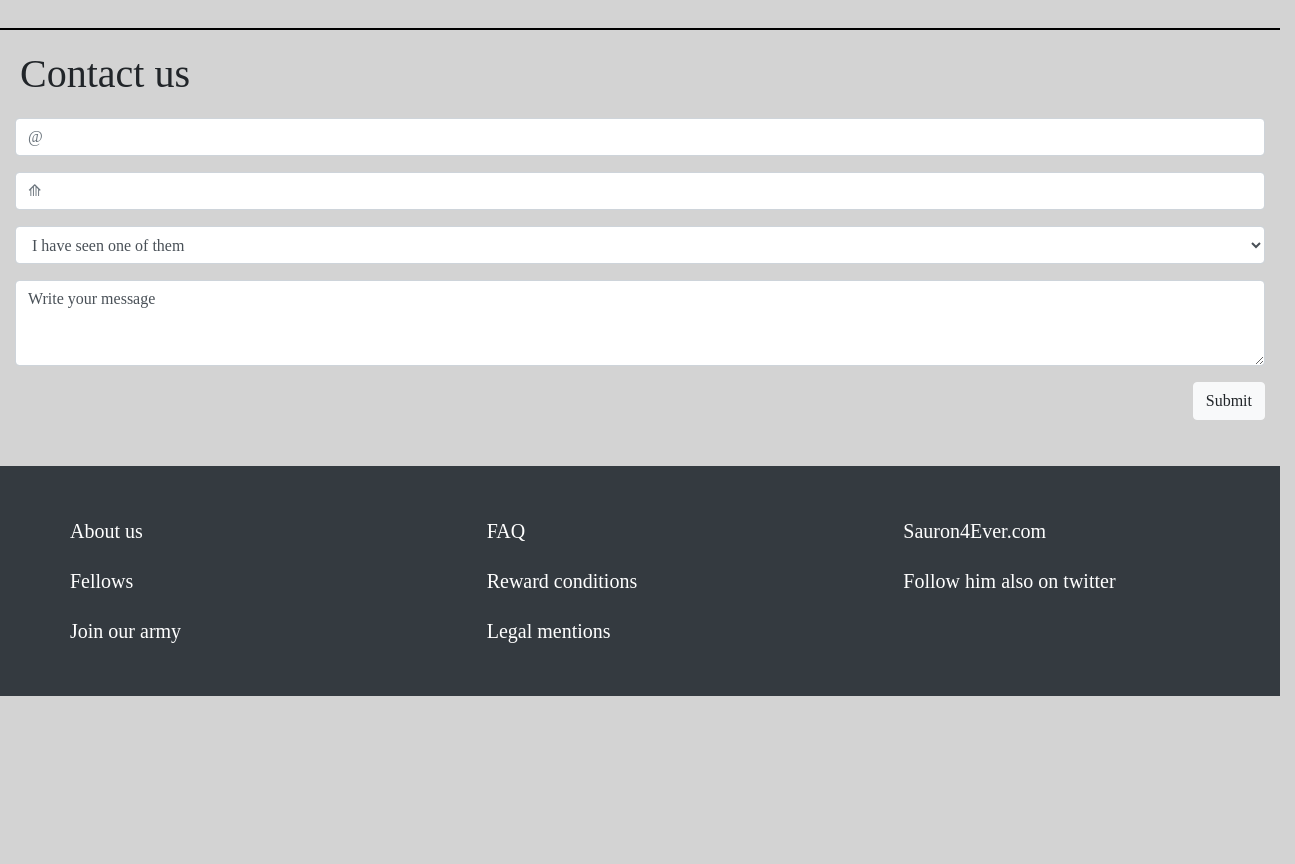
Repository: Khaleddwm/FindThePrecious
Page: index.html
An editor plug-in stored every save of this project. The page is shown before and after the next save, followed by the edit.
The browser window is 1280 px wide. The page is 1295 px wide, so the pictures cover 1295 px, including what lies to the right of the window. The pictures show the part of the page from y = 1892 to 2816 px (the page is 2756 px tall before and 2816 px after).
Some web fonts or font styles are not loaded; a fallback is used.

Above is the page before, as saved 2020-05-25 11:58:02.

After the next save:
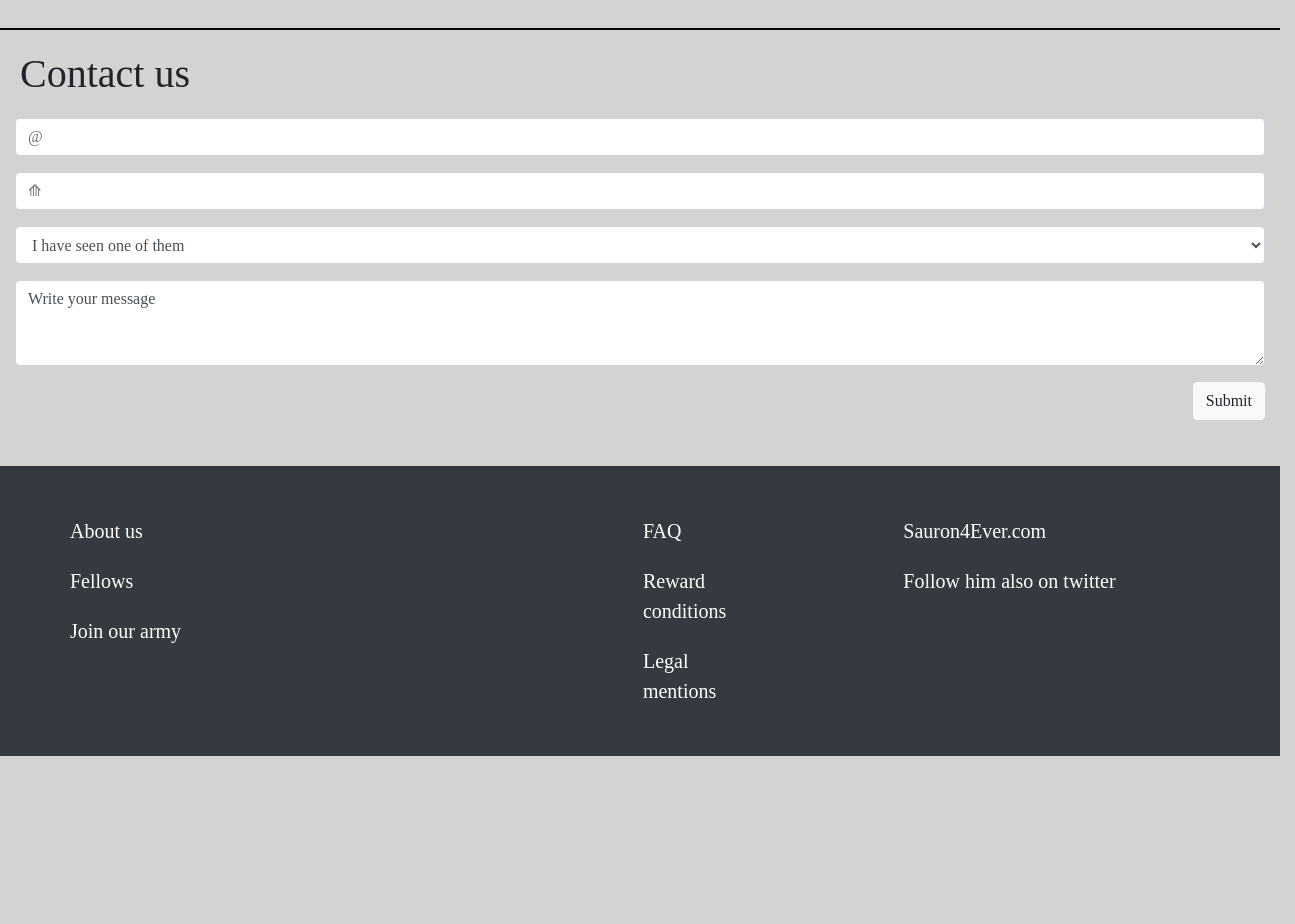
Saved 58 s later.
--- a/index.html
+++ b/index.html
@@ -140,7 +140,7 @@
                         <li><a href="#">Join our army</a></li>
                     </ul>
                 </div>
-                <div class="col-xs-12 col-md-4">
+                <div class="col-xs-12 col-md-1">
                     <ul class="nav-list">
                         <li><a href="#">FAQ</a></li>
                         <li><a href="#">Reward conditions</a></li>

After the save that followed:
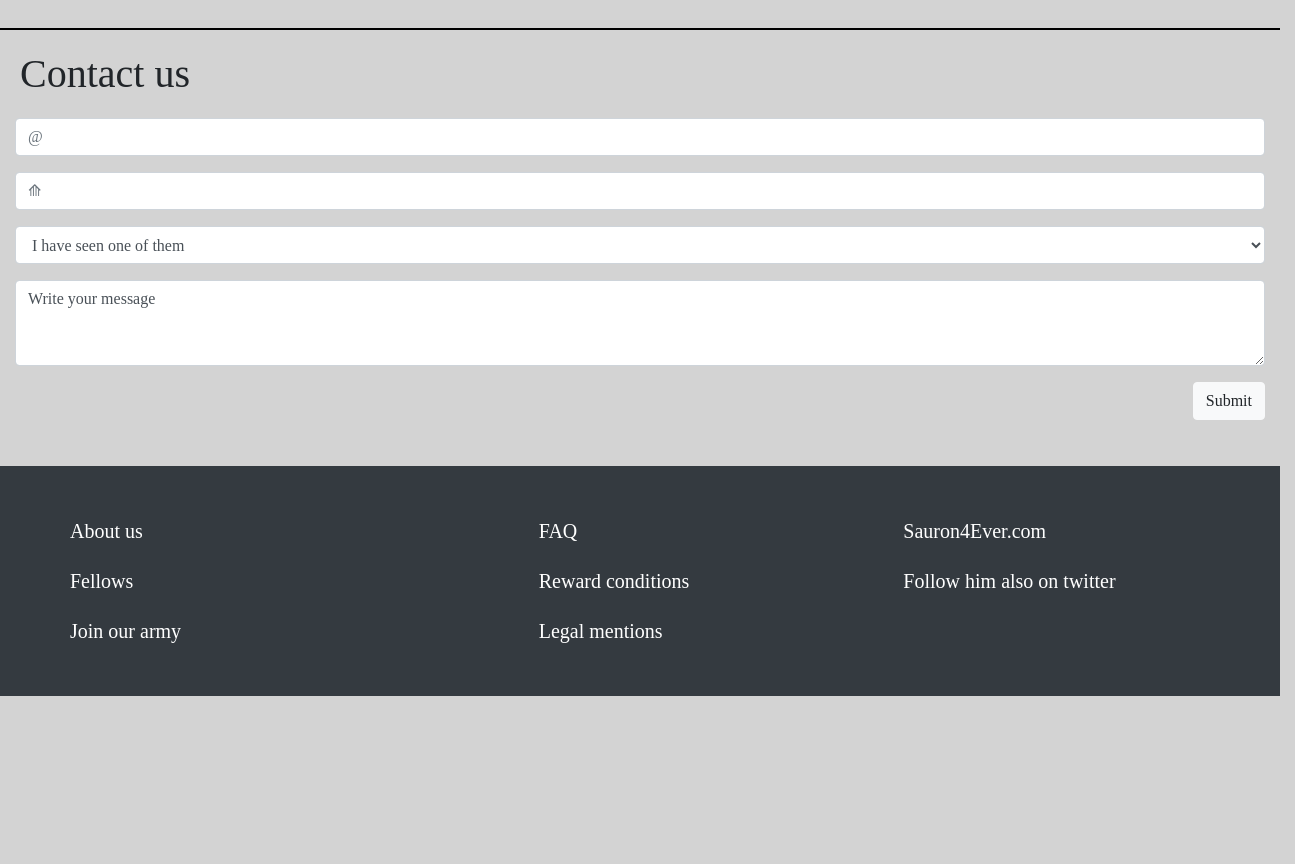
Saved 19 s later.
--- a/index.html
+++ b/index.html
@@ -140,7 +140,7 @@
                         <li><a href="#">Join our army</a></li>
                     </ul>
                 </div>
-                <div class="col-xs-12 col-md-1">
+                <div class="col-xs-12 col-md-3">
                     <ul class="nav-list">
                         <li><a href="#">FAQ</a></li>
                         <li><a href="#">Reward conditions</a></li>
